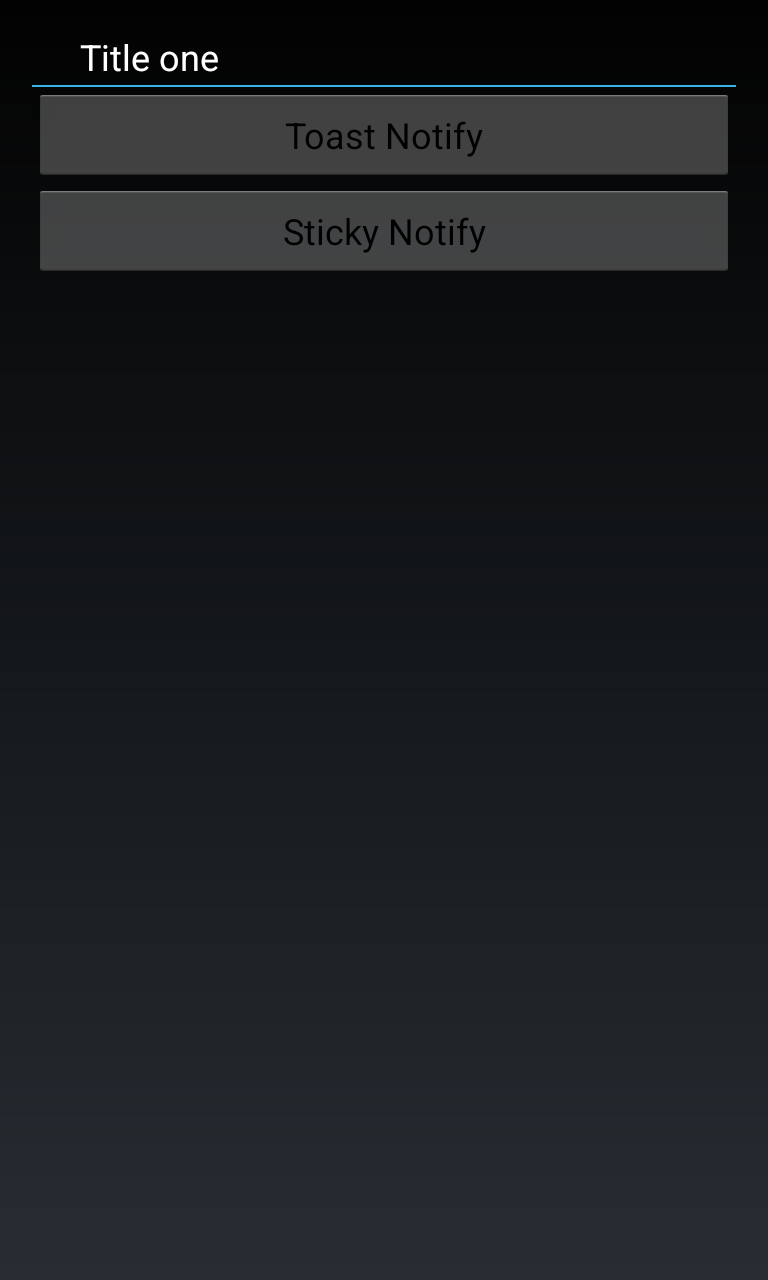
Repository: zubke/NotifyLib
Layout: Android-NotifySample/res/layout/activity_main.xml
An editor plug-in stored every save of this project. The layout is shown before and after the next save, followed by the edit.
It is drawn on a 768 x 1280 px phone screen (xhdpi) without system bars, with theme AppTheme; the app's code is not run.

Above is the layout before, as saved 2013-10-07 19:31:59.

After the next save:
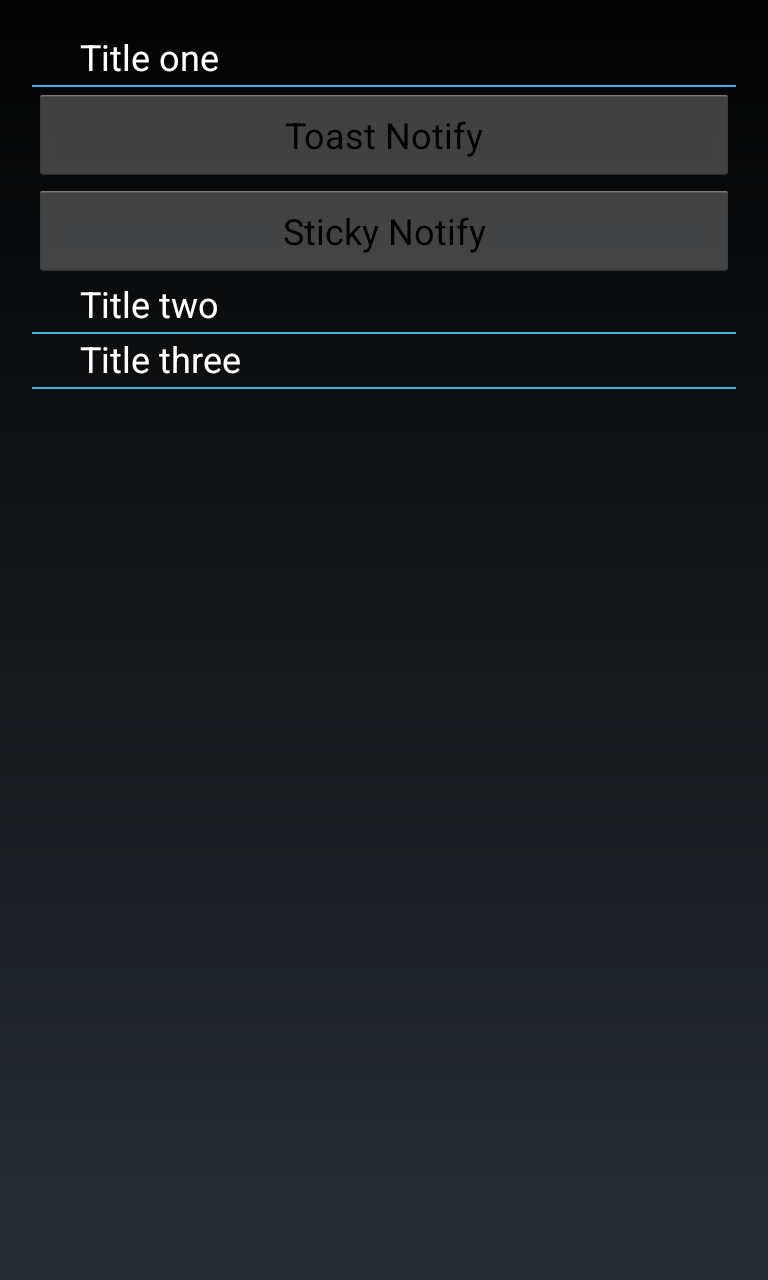
Saved 31 s later.
--- a/Android-NotifySample/res/layout/activity_main.xml
+++ b/Android-NotifySample/res/layout/activity_main.xml
@@ -25,9 +25,6 @@
             android:layout_marginTop="@dimen/view_margin_top"
             android:background="@color/ics_blue_main" />
 
-
-
-
         <Button
             android:id="@+id/button1"
             android:layout_width="match_parent"
@@ -41,6 +38,31 @@
             android:layout_height="wrap_content"
             android:layout_below="@+id/button1"
             android:text="Sticky Notify" />
+
+        <TextView
+            style="@style/Title"
+            android:layout_width="wrap_content"
+            android:layout_height="wrap_content"
+            android:text="@string/title_two" />
+
+        <View
+            android:layout_width="match_parent"
+            android:layout_height="@dimen/divider_height"
+            android:layout_marginTop="@dimen/view_margin_top"
+            android:background="@color/ics_blue_main" />
+
+                <TextView
+            style="@style/Title"
+            android:layout_width="wrap_content"
+            android:layout_height="wrap_content"
+            android:text="@string/title_three" />
+
+        <View
+            android:layout_width="match_parent"
+            android:layout_height="@dimen/divider_height"
+            android:layout_marginTop="@dimen/view_margin_top"
+            android:background="@color/ics_blue_main" />
+
     </LinearLayout>
 
 </ScrollView>
